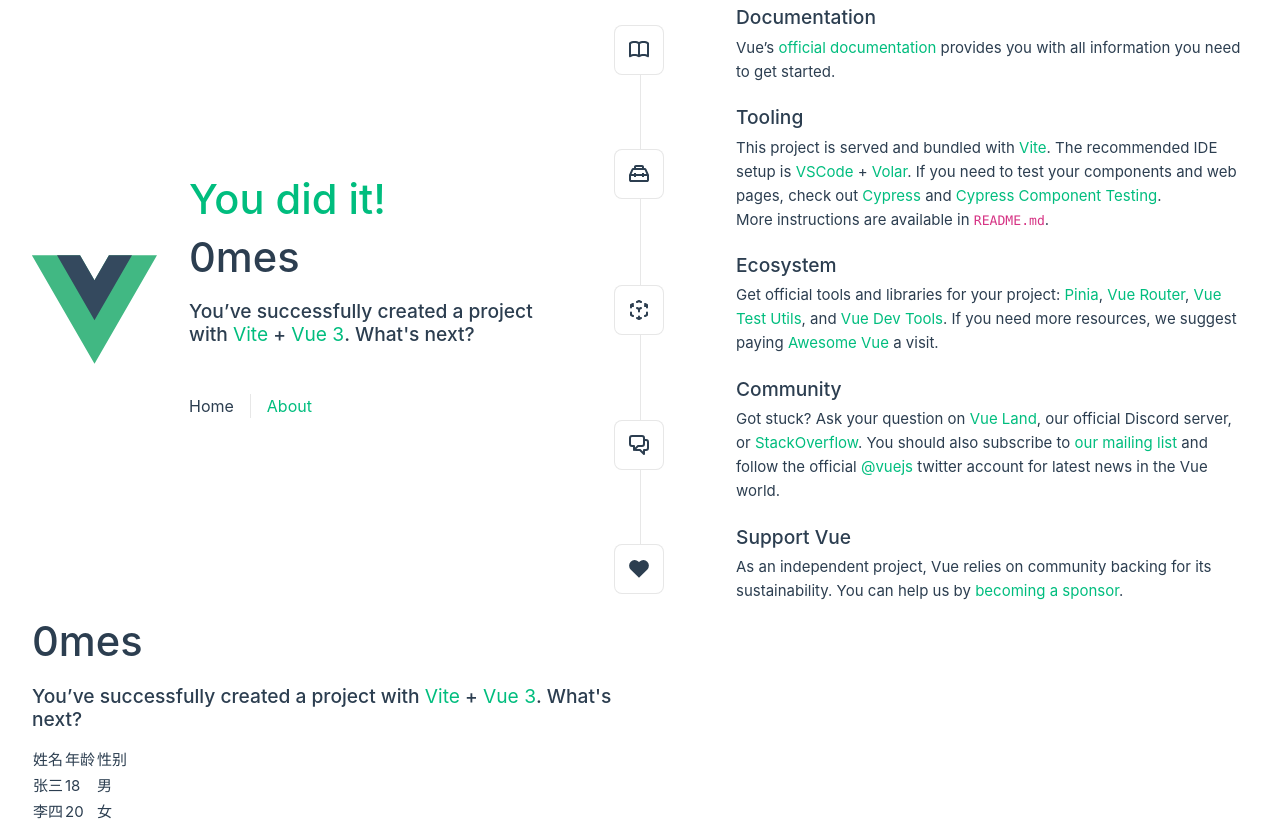
Repository: yuandinghh/vue
Page: /
The author's editor kept a copy of each file at every save. The page is drawn from the files as they stood at one save, then again after the next save.
The browser window is 1280 px wide. The pictures show the whole page.
The project was rebuilt for these pictures with package versions that can differ from the ones it lists, and the page was loaded fresh each time. Also part of the build but not shown: vite.config.ts.

Above is the page before, as saved 2023-03-21 23:49:17.

After the next save:
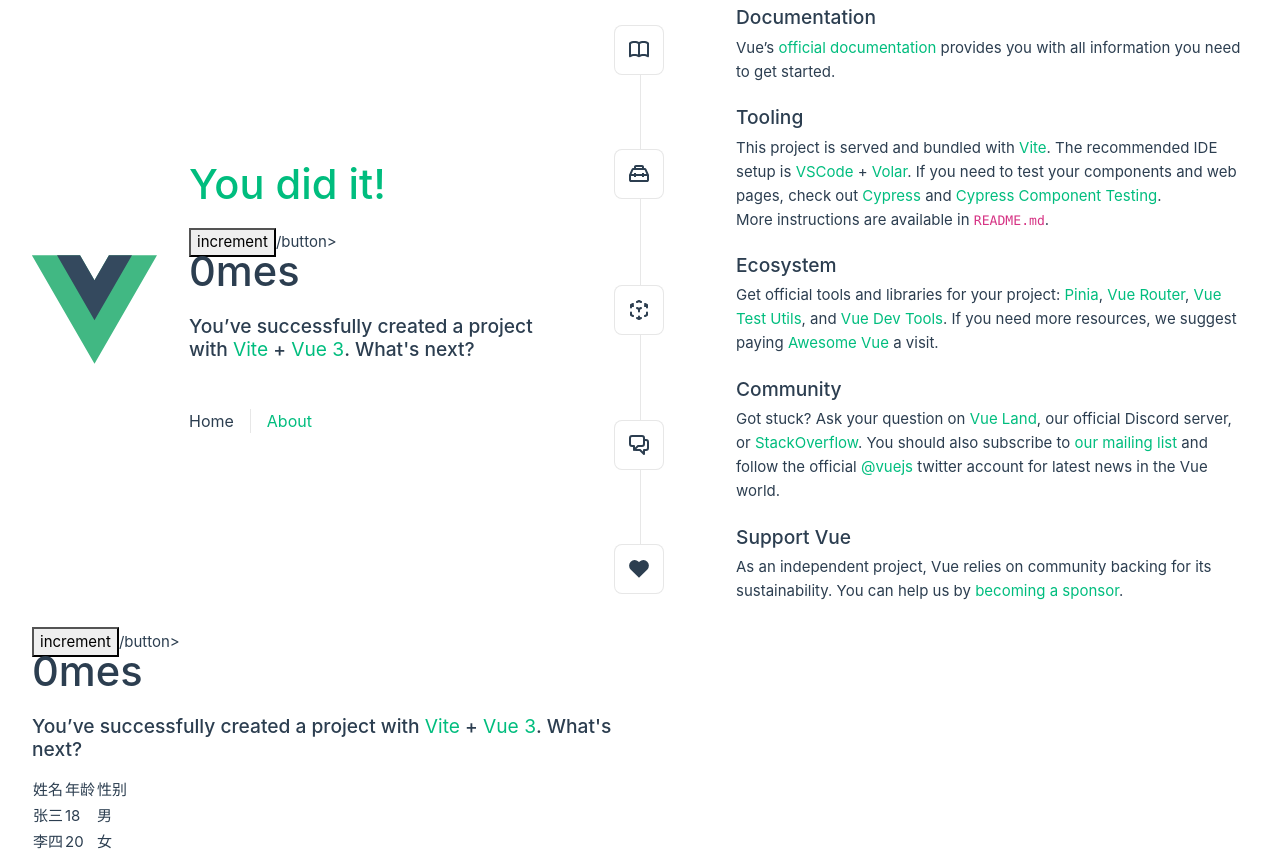
Saved 44 s later.
--- a/src/components/HelloWorld.vue
+++ b/src/components/HelloWorld.vue
@@ -30,6 +30,7 @@
 <template>
   <div class="greetings">
     <h1 class="green">{{ msg }}</h1>
+    <button @click="increment"> increment</button>/button>
     <h1>{{state.count}}mes</h1>
     <h3>
       You’ve successfully created a project with
